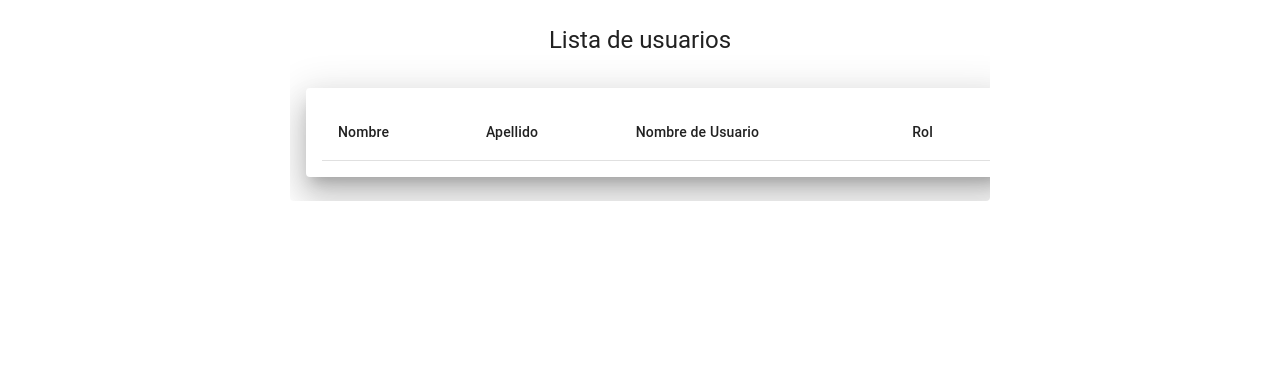
Repository: Mpablom/usuarioCaC-integrador-final-front
Page: /usuarios
The author's editor kept a copy of each file at every save. The page is drawn from the files as they stood at one save, then again after the next save.
The browser window is 1280 px wide. The pictures show the whole page.
The page's requests for data from a server got no answer. The project was rebuilt for these pictures with package versions that can differ from the ones it lists, and the page was loaded fresh each time. No one was signed in, and anything a server would have sent is missing. Also part of the build but not shown: vite.config.ts, src/components/Login.tsx, src/index.css.

Above is the page before, as saved 2024-07-10 23:38:18.

### src/App.tsx
// App.tsx (o donde configures tus rutas)
import React from 'react';
import {
  BrowserRouter as Router,
  Route,
  Routes,
  Navigate,
} from 'react-router-dom';
import Login from './components/Login'; // Componente de inicio de sesión
import UsuariosTable from './components/UsuariosTable'; // Componente de la tabla de usuarios

const App: React.FC = () => {
  return (
    <Router>
      <Routes>
        <Route path="/login" element={<Login />} />
        <Route path="/usuarios" element={<UsuariosTable />} />
        <Route path="/" element={<Navigate to="/login" />} />
      </Routes>
    </Router>
  );
};

export default App;

### src/components/UsuariosTable.tsx
import React, { useEffect, useState } from "react";
import {
  TableContainer,
  Table,
  TableHead,
  TableBody,
  TableRow,
  TableCell,
  Paper,
  Card,
  CardHeader,
  CardContent,
} from "@mui/material";
import { Usuario } from "../models/UsuarioModel";
import { getUsuarios } from "../axios/UsuarioApi";

const UsuariosTable: React.FC = () => {
  const [usuarios, setUsuarios] = useState<Usuario[]>([]);

  useEffect(() => {
    const fetchUsuarios = async () => {
      try {
        const usuariosData = await getUsuarios();
        setUsuarios(usuariosData);
      } catch (error) {
        console.error("Error fetching usuarios:", error);
      }
    };

    fetchUsuarios();
  }, []);

  return (
    <Card sx={{ maxWidth: 700, margin: "auto", boxShadow:'none' }}>
      <CardHeader
        title="Lista de usuarios"
        sx={{ textAlign: "center" }}
      ></CardHeader>
      <CardContent>
        <TableContainer component={Paper} sx={{ boxShadow:'20', padding: 2 }}>
          <Table>
            <TableHead>
              <TableRow>
                <TableCell>Nombre</TableCell>
                <TableCell>Apellido</TableCell>
                <TableCell>Nombre de Usuario</TableCell>
                <TableCell>Rol</TableCell>
              </TableRow>
            </TableHead>
            <TableBody>
              {usuarios.map((usuario) => (
                <TableRow key={usuario.id}>
                  <TableCell>{usuario.nombre}</TableCell>
                  <TableCell>{usuario.apellido}</TableCell>
                  <TableCell>{usuario.username}</TableCell>
                  <TableCell>{usuario.rol}</TableCell>
                </TableRow>
              ))}
            </TableBody>
          </Table>
        </TableContainer>
      </CardContent>
    </Card>
  );
};

export default UsuariosTable;

### src/axios/UsuarioApi.ts
import api from './Api';
import { Usuario, UsuarioLogin } from '../models/UsuarioModel';

export const getUsuarios = async (): Promise<Usuario[]> => {
  const response = await api.get('/usuarios');
  return response.data;
};

export const getUsuarioById = async (id: number): Promise<Usuario> => {
  const response = await api.get(`/usuarios/${id}`);
  return response.data;
};

export const createUsuario = async (usuario: Usuario): Promise<void> => {
  const response = await api.post('/usuarios', usuario);
  return response.data;
};

export const updateUsuario = async (id: number, usuario: Usuario): Promise<void> => {
  const response = await api.put(`/usuarios/${id}`, usuario);
  return response.data;
};

export const deleteUsuario = async (id: number): Promise<void> => {
  const response = await api.delete(`/usuarios/${id}`);
  return response.data;
};

export const restoreUsuario = async (id: number): Promise<void> => {
  const response = await api.patch(`/usuarios/${id}`);
  return response.data;
};
export const login = async (usuarioLogin: UsuarioLogin): Promise<Usuario> => {
    try {
        const response = await api.post(`/usuarios/login`, usuarioLogin);
        return response.data as Usuario; // Asegúrate de que response.data sea del tipo Usuario
    } catch (error) {
        if (error instanceof Error) {
            throw new Error(`Error al iniciar sesión: ${error.message}`);
        } else {
            throw new Error(`Error al iniciar sesión: Error desconocido`);
        }
    }
  }

### src/axios/api.ts
import axios from 'axios';

const api = axios.create({
  baseURL: 'http://localhost:8080',
  headers: {
    'Content-Type': 'application/json',
  },
});

export default api;

Loaded but not shown: index.html (common file); src/main.tsx (common file)

After the next save:
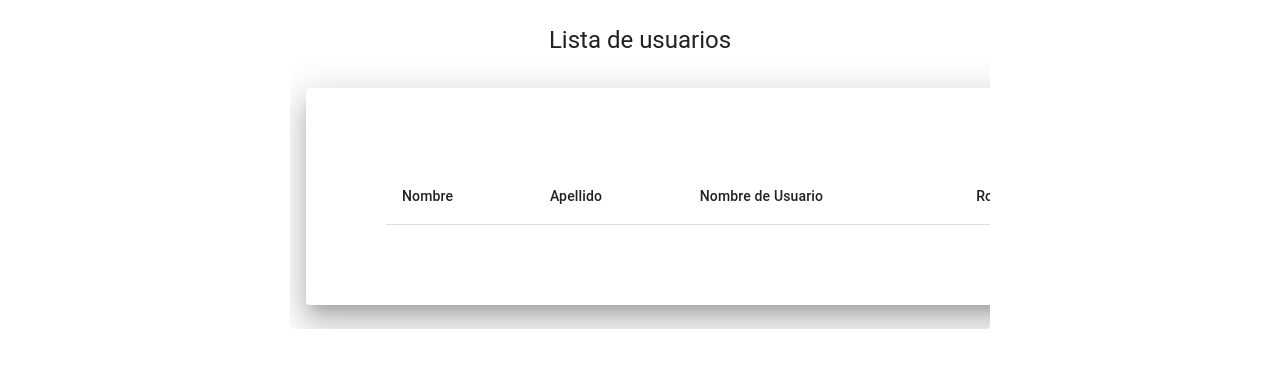
Saved 8 s later.
--- a/src/components/UsuariosTable.tsx
+++ b/src/components/UsuariosTable.tsx
@@ -37,7 +37,7 @@ const UsuariosTable: React.FC = () => {
         sx={{ textAlign: "center" }}
       ></CardHeader>
       <CardContent>
-        <TableContainer component={Paper} sx={{ boxShadow:'20', padding: 2 }}>
+        <TableContainer component={Paper} sx={{ boxShadow:'20', padding: 10 }}>
           <Table>
             <TableHead>
               <TableRow>
